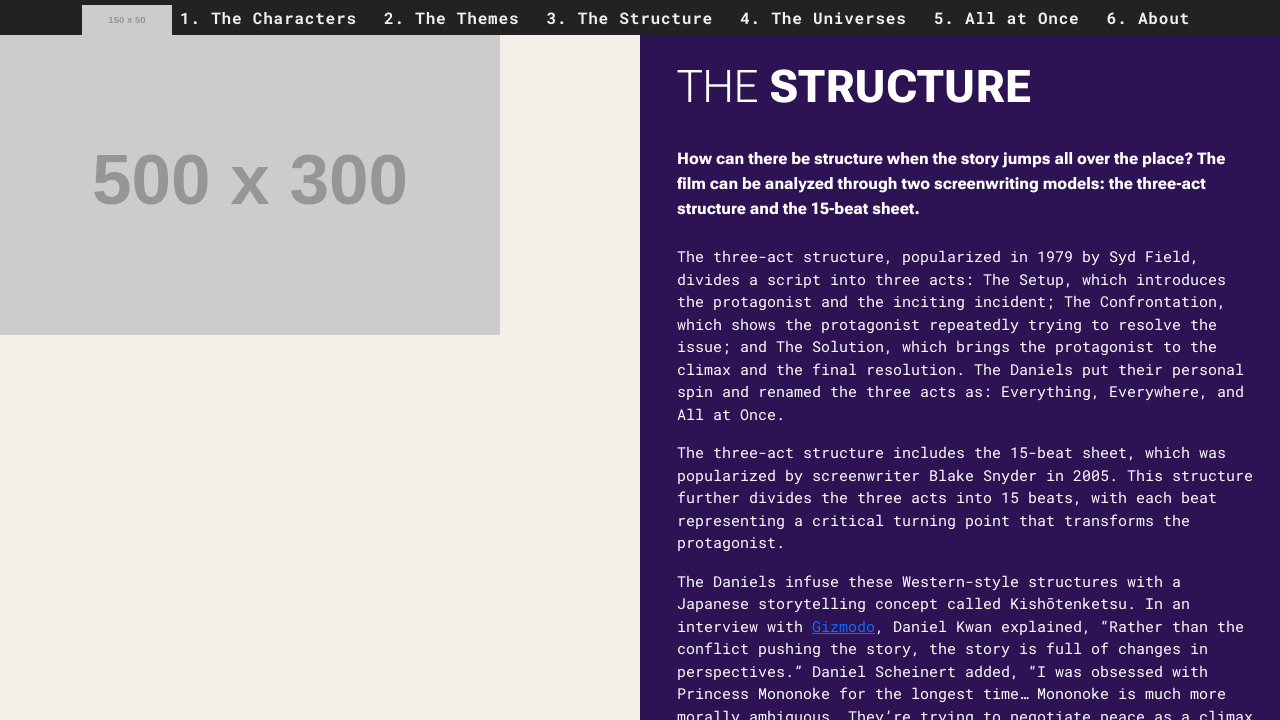
Repository: angelica-hom/msdv-thesis
Page: structure.html
The author's editor kept a record of every edit. The page is drawn from the files as they stood at one moment, then again after the next edit.
The browser window is 1280 px wide. The pictures show the whole page.
An inner scrolling area shows only its first screen.

Above is the page before.

### structure.html
<!doctype html>
<html lang="en">
<head>
    <meta charset="utf-8">
    <meta name="viewport" content="width=device-width, initial-scale=1">
    <link href="https://cdn.jsdelivr.net/npm/bootstrap@5.1.3/dist/css/bootstrap.min.css" rel="stylesheet">
    <link href="structure.css" rel="stylesheet">
    <title>Decoding Everything Everywhere All at Once</title>
</head>
<body>
    <nav class="navbar navbar-expand-lg navbar-custom">
        <div class="container">
            <a class="navbar-brand" href="#">
                <img src="https://via.placeholder.com/150x50" alt="Your Brand" height="30">
            </a>
            <div class="collapse navbar-collapse" id="navbarNav">
                <ul class="navbar-nav mx-auto">
                    <li class="nav-item">
                        <a class="nav-link" href="characters.html">1. The Characters</a>
                    </li>
                    <li class="nav-item">
                        <a class="nav-link" href="themes.html">2. The Themes</a>
                    </li>
                    <li class="nav-item">
                        <a class="nav-link" href="structure.html">3. The Structure</a>
                    </li>
                    <li class="nav-item">
                        <a class="nav-link" href="universes.html">4. The Universes</a>
                    </li>
                    <li class="nav-item">
                        <a class="nav-link" href="once.html">5. All at Once</a>
                    </li>
                    <li class="nav-item">
                        <a class="nav-link" href="about.html">6. About</a>
                    </li>
                </ul>
            </div>
        </div>
    </nav>

    <div class="container-fluid">
        <div class="row">
            <div class="col-md-6 left-section">
                <img src="https://via.placeholder.com/500x300" alt="Static image" class="img-fluid">
            </div>
            <div class="col-md-6 d-flex flex-column justify-content-center right-section">
                <div id="content">
                    <h2>THE <span class="bold">STRUCTURE</span></h2>
                    <br><span class="subheading">How can there be structure when the story jumps all over the place? The film can be analyzed through two screenwriting models: the three-act structure and the 15-beat sheet.</span>
                    <br><br><p>The three-act structure, popularized in 1979 by Syd Field, divides a script into three acts: The Setup, which introduces the protagonist and the inciting incident; The Confrontation, which shows the protagonist repeatedly trying to resolve the issue; and The Solution, which brings the protagonist to the climax and the final resolution. The Daniels put their personal spin and renamed the three acts as: Everything, Everywhere, and All at Once.</p>
                    <p>The three-act structure includes the 15-beat sheet, which was popularized by screenwriter Blake Snyder in 2005. This structure further divides the three acts into 15 beats, with each beat representing a critical turning point that transforms the protagonist.</p>
                    <p>The Daniels infuse these Western-style structures with a Japanese storytelling concept called Kishōtenketsu. In an interview with <a href="https://gizmodo.com/everything-everywhere-all-at-once-interview-the-daniels-1848778652">Gizmodo</a>, Daniel Kwan explained, “Rather than the conflict pushing the story, the story is full of changes in perspectives.” Daniel Scheinert added, “I was obsessed with Princess Mononoke for the longest time… Mononoke is much more morally ambiguous. They’re trying to negotiate peace as a climax to a fantasy film, which is how we steered our film.</p>
                </div>
                <div>
                    <a href="themes.html" class="btn btn-primary me-2">The Themes</a>
                    <a href="universes.html" class="btn btn-secondary">The Universes</a>
                </div>
            </div>
        </div>
    </div>

    <script src="structure.js"></script>
    <script src="https://cdn.jsdelivr.net/npm/@popperjs/core@2.11.6/dist/umd/popper.min.js"></script>
    <script src="https://cdn.jsdelivr.net/npm/bootstrap@5.1.3/dist/js/bootstrap.min.js"></script>
</body>
</html>

### structure.css
@import url('https://fonts.googleapis.com/css2?family=Roboto+Flex:wght@100;200;300;400;500;600;700;800;900;1000&display=swap');
@import url('https://fonts.googleapis.com/css2?family=Roboto+Mono:ital,wght@0,100;0,200;0,300;0,400;0,500;0,600;0,700;1,100;1,200;1,300;1,400;1,500;1,600;1,700&display=swap');

body, html {
    margin: 0;
    height: 100%;
    overflow-x: hidden;
}

.container-fluid {
    height: calc(100% - 35px); /* Subtract navbar height */
    padding: 0;
}

.row {
    height: 100%;
}

/* NAVBAR */
.navbar-custom {
    margin-bottom: 0;
    height: 35px;
    align-items: center; /* Center the navbar content vertically */
    background-color: #232122; /* New navbar background color */
    width: 100%; /* Make the navbar container wider */
    font-family: 'Roboto Mono', monospace; /* Specify the font family */
    font-weight: 700;
}

.navbar-custom .navbar-brand,
.navbar-custom .nav-link {
    color: #F3EFE9;
    padding: 0;
    line-height: 35px;
    font-size: 16px;
    letter-spacing: 0.05em;
    font-family: 'Roboto Mono', monospace;
    margin: 0; /* Add a margin to create more space between nav items */
}

.navbar-custom .navbar-nav {
    flex-grow: 1;
    display: flex;
    justify-content: space-between; /* Spread out the nav items */
}

.navbar-custom .nav-link:hover {
    color: #232122;
    background-color: #F3EFE9; /* New background color on hover */
}

a:focus, a:active, a:hover {
  outline: none;
  text-decoration: none;
  color: #F3EFE9; /* Set the desired color for the links */
}

/* LEFT SECTION STYLE */
.left-section {
    background-color: #F3EFE9;
}

/* RIGHT SECTION STYLE */
.right-section {
    background-color: #2D1254;
    color: #FFF; /* Set text color to white for better contrast */
    justify-content: flex-start!important;
}

.right-section #content {
    padding: 25px;
}

.right-section #content h2 {
    font-family: 'Roboto Flex', sans-serif;
    font-style: normal;
    font-weight: 200;
    font-size: 45px;
}

.right-section #content .subheading {
    font-family: 'Roboto Flex', sans-serif;
    font-style: normal;
    font-weight: 800;
    font-size: 16px;
}

.right-section #content h3 {
    font-family: 'Roboto Flex', sans-serif;
    font-style: normal;
    font-weight: 800;
    font-size: 16px;
}

@media (max-width: 768px) {
  h2 {
    font-size: 28px;
  }
}

.right-section #content .bold {
    font-weight: 800;
}

.right-section #content p {
    font-family: 'Roboto Mono', monospace;
    font-style: normal;
    font-weight: 400;
    font-size: 15px;
}

/* VISUALIZATION */
.vertical-center {
  margin: 0;
  position: relative;
  top: 50%;
  -ms-transform: translateY(-50%);
  transform: translateY(-50%);
}

Loaded but not shown: structure.js (no copy from this time; the picture is the same without it)

After the next edit:
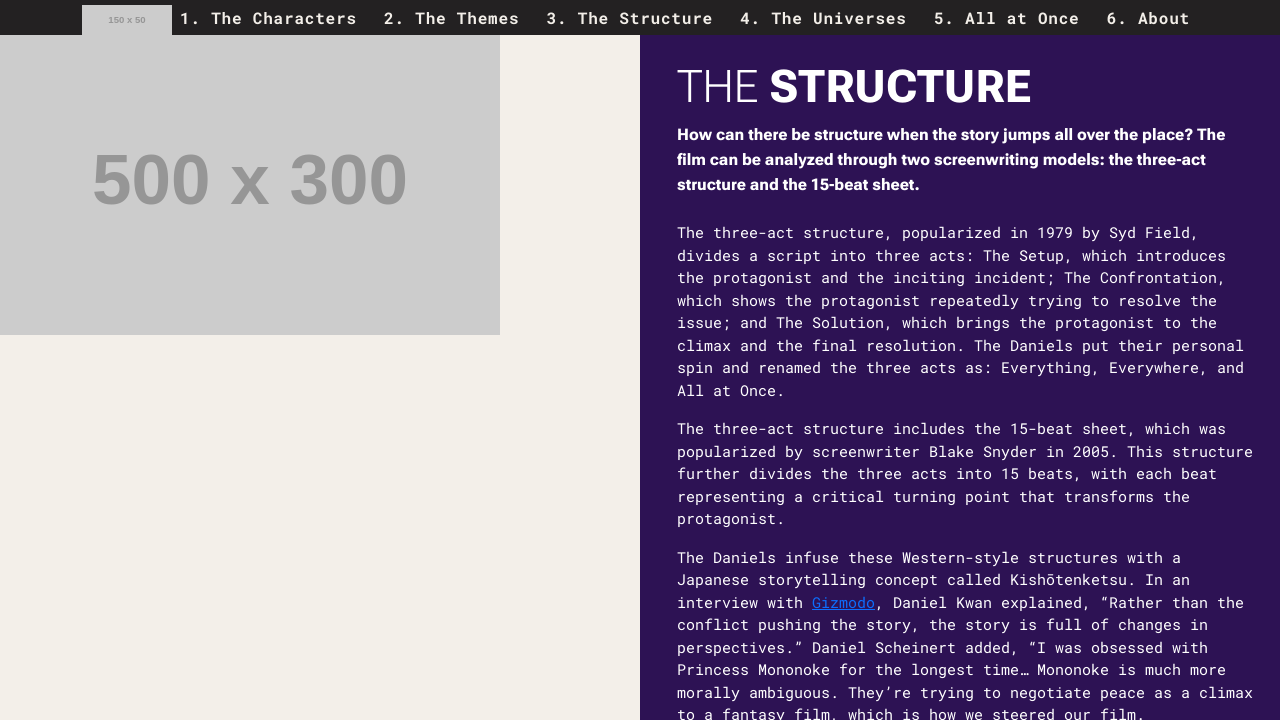
The edit:
--- a/structure.html
+++ b/structure.html
@@ -46,7 +46,7 @@
             <div class="col-md-6 d-flex flex-column justify-content-center right-section">
                 <div id="content">
                     <h2>THE <span class="bold">STRUCTURE</span></h2>
-                    <br><span class="subheading">How can there be structure when the story jumps all over the place? The film can be analyzed through two screenwriting models: the three-act structure and the 15-beat sheet.</span>
+                    <span class="subheading">How can there be structure when the story jumps all over the place? The film can be analyzed through two screenwriting models: the three-act structure and the 15-beat sheet.</span>
                     <br><br><p>The three-act structure, popularized in 1979 by Syd Field, divides a script into three acts: The Setup, which introduces the protagonist and the inciting incident; The Confrontation, which shows the protagonist repeatedly trying to resolve the issue; and The Solution, which brings the protagonist to the climax and the final resolution. The Daniels put their personal spin and renamed the three acts as: Everything, Everywhere, and All at Once.</p>
                     <p>The three-act structure includes the 15-beat sheet, which was popularized by screenwriter Blake Snyder in 2005. This structure further divides the three acts into 15 beats, with each beat representing a critical turning point that transforms the protagonist.</p>
                     <p>The Daniels infuse these Western-style structures with a Japanese storytelling concept called Kishōtenketsu. In an interview with <a href="https://gizmodo.com/everything-everywhere-all-at-once-interview-the-daniels-1848778652">Gizmodo</a>, Daniel Kwan explained, “Rather than the conflict pushing the story, the story is full of changes in perspectives.” Daniel Scheinert added, “I was obsessed with Princess Mononoke for the longest time… Mononoke is much more morally ambiguous. They’re trying to negotiate peace as a climax to a fantasy film, which is how we steered our film.</p>
